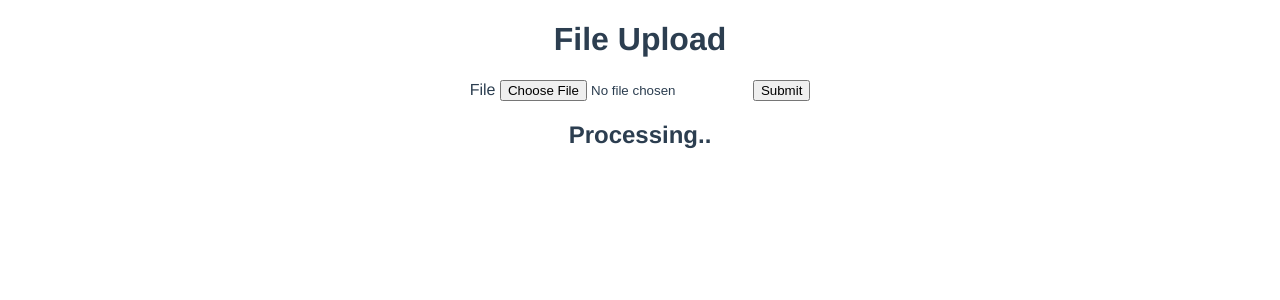
Repository: rockeycse/file-upload-front
Page: /
An editor plug-in stored every save of this project. The page is shown before and after the next save, followed by the edit.
The browser window is 1280 px wide. The pictures show the whole page.
The project was rebuilt for these pictures with package versions that can differ from the ones it lists, and the page was loaded fresh each time. Also part of the build but not shown: src/components/ProgressPage.vue.

Above is the page before, as saved 2021-06-28 20:28:40.

After the next save:
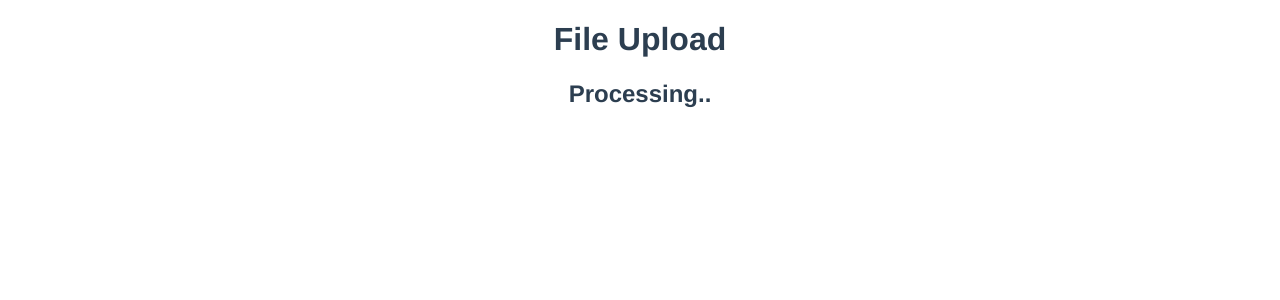
Saved 34 s later.
--- a/src/components/FileUpload.vue
+++ b/src/components/FileUpload.vue
@@ -3,7 +3,7 @@
     <div class="row mb-4">
       <h1>File Upload</h1>
     </div>
-    <div v-if="!isProcessing" class="large-12 medium-12 small-12 cell">
+    <div v-if="isProcessing" class="large-12 medium-12 small-12 cell">
       <label
         >File
         <input

After the 2 saves that followed:
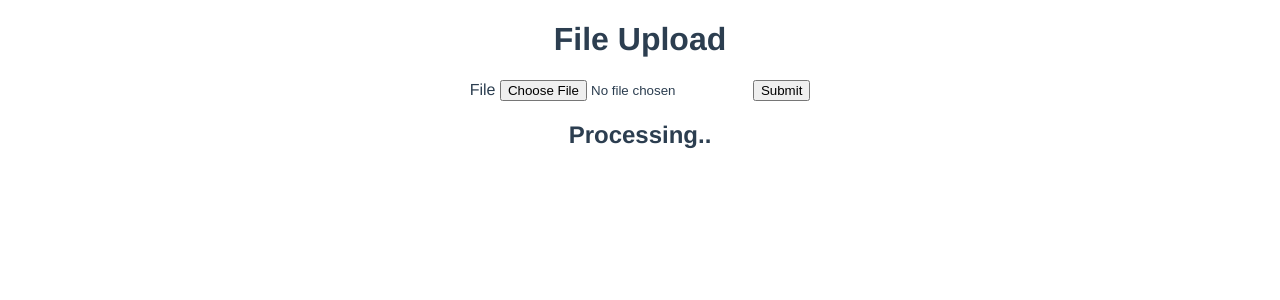
The 2 saves are shown as one change because they came seconds apart.
The last was saved 7 s later.
--- a/src/components/FileUpload.vue
+++ b/src/components/FileUpload.vue
@@ -29,7 +29,7 @@
   data() {
     return {
       file: "",
-      isProcessing: false
+      isProcessing: true
       // batchDetails: [],
       // progressDetails: [],
     };
